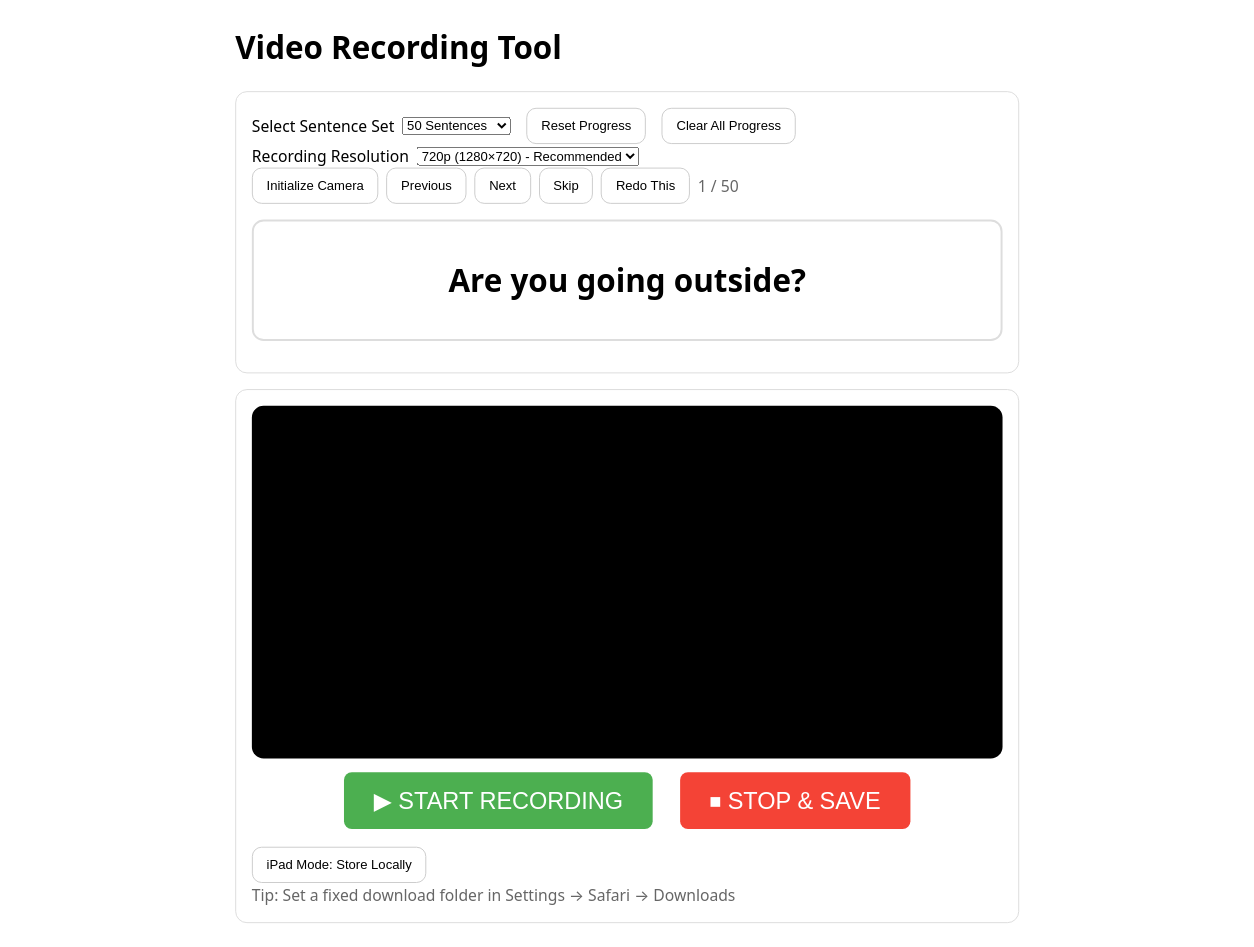
Repository: video2speech/video2speech.github.io
Page: index.html
The author's editor kept a copy of each file at every save. The page is drawn from the files as they stood at one save, then again after the next save.
The browser window is 1280 px wide. The pictures show the whole page, at 98% of full size.

Above is the page before, as saved 2025-09-04 06:16:28.

### index.html
<!doctype html>
<html>
<meta charset="utf-8" />
<title>Video Recording Tool</title>
<style>
  body{font-family:system-ui,-apple-system,Segoe UI,Roboto,Helvetica,Arial,sans-serif;max-width:800px;margin:24px auto;padding:0 16px;line-height:1.5}
  .card{border:1px solid #ddd;border-radius:12px;padding:16px;margin:16px 0}
  .row{display:flex;gap:8px;flex-wrap:wrap;align-items:center}
  video{width:100%;max-height:50vh;background:#000;border-radius:12px}
  button{padding:10px 14px;border-radius:10px;border:1px solid #ccc;background:#fff}
  button:active{opacity:.8}
  input,textarea{width:100%;padding:10px;border-radius:10px;border:1px solid #ccc}
  .big{font-size:1.4rem;font-weight:600;margin:8px 0}
  .muted{color:#666}
</style>
<body>
  <h1>Video Recording Tool</h1>

  <div class="card">
    <div class="row">
      <label>Select Sentence Set</label>
      <select id="sentenceSet" onchange="loadSentenceSet()">
        <option value="50_sentences">50 Sentences</option>
        <option value="150_sentences">150 Sentences</option>
      </select>
      <button id="resetProgress" onclick="resetProgress()" style="margin-left: 8px;">Reset Progress</button>
      <button id="clearProgress" onclick="clearAllProgress()" style="margin-left: 8px;">Clear All Progress</button>
    </div>
    <div class="row">
      <label>Recording Resolution</label>
      <select id="resolution">
        <option value="720p">720p (1280×720) - Recommended</option>
        <option value="1080p">1080p (1920×1080) - High Quality</option>
        <option value="480p">480p (854×480) - Standard</option>
        <option value="360p">360p (640×360) - Low Quality</option>
        <option value="auto">Auto - Camera Default</option>
      </select>
    </div>
    <div class="row">
      <button id="init">Initialize Camera</button>
      <button id="prev">Previous</button>
      <button id="next">Next</button>
      <button id="skip">Skip</button>
      <button id="redo">Redo This</button>
      <span class="muted" id="idxInfo"></span>
    </div>
    <div class="big" id="currentText" style="font-size: 2rem; font-weight: bold; text-align: center; padding: 20px; border: 2px solid #ddd; border-radius: 12px; margin: 16px 0; min-height: 80px; display: flex; align-items: center; justify-content: center;">Waiting for initialization...</div>
  </div>

  <div class="card">
    <video id="preview" playsinline autoplay muted></video>
    <div class="row" style="margin-top:8px; justify-content: center;">
      <button id="start" style="font-size: 1.5rem; padding: 15px 30px; background: #4CAF50; color: white; border: none; border-radius: 8px; cursor: pointer; margin: 0 10px;">▶ START RECORDING</button>
      <button id="stop" style="font-size: 1.5rem; padding: 15px 30px; background: #f44336; color: white; border: none; border-radius: 8px; cursor: pointer; margin: 0 10px;">⏹ STOP & SAVE</button>
    </div>
    <div class="row" style="justify-content: center; margin-top: 10px;">
      <div id="recordingStatus" style="font-size: 1.2rem; font-weight: bold; color: #f44336; display: none;">🔴 RECORDING IN PROGRESS</div>
    </div>
    <div class="row" style="margin-top:8px">
      <button id="downloadMode" onclick="toggleDownloadMode()">iPad Mode: Store Locally</button>
    </div>
    <div class="row">
      <button id="viewStored" style="display:none">View Stored Videos (0)</button>
      <button id="downloadAll" style="display:none">Download All</button>
      <button id="clearAll" style="display:none">Clear Storage</button>
      <span class="muted" id="resolutionInfo"></span>
      <span class="muted" id="storageInfo"></span>
    </div>
    <div class="row">
      <span class="muted" id="downloadTip">Tip: Set a fixed download folder in Settings → Safari → Downloads</span>
    </div>
  </div>

<script>
const el = id => document.getElementById(id);
let stream, mediaRecorder, chunks = [];
let sentences = [];
let idx = 0;
let recording = false;
let storageMode = true; // Default to iPad mode (store locally)
let isRedo = false; // flag for redo mode
let db;

// Initialize IndexedDB
async function initDB() {
  return new Promise((resolve, reject) => {
    const request = indexedDB.open('VideoRecorderDB', 2);

    request.onerror = () => reject(request.error);
    request.onsuccess = () => {
      db = request.result;
      resolve(db);
    };

    request.onupgradeneeded = (event) => {
      const db = event.target.result;

      // Video storage table
      if (!db.objectStoreNames.contains('videos')) {
        const store = db.createObjectStore('videos', { keyPath: 'id', autoIncrement: true });
        store.createIndex('timestamp', 'timestamp', { unique: false });
        store.createIndex('sentence', 'sentence', { unique: false });
        store.createIndex('sentenceSet', 'sentenceSet', { unique: false });
        store.createIndex('sentenceIndex', 'sentenceIndex', { unique: false });
      }

      // Progress tracking table
      if (!db.objectStoreNames.contains('progress')) {
        const progressStore = db.createObjectStore('progress', { keyPath: 'sentenceSet' });
      }
    };
  });
}

// Store video to IndexedDB
async function storeVideo(blob, fileName, sentence, sentenceSet, sentenceIndex) {
  return new Promise((resolve, reject) => {
    const transaction = db.transaction(['videos'], 'readwrite');
    const store = transaction.objectStore('videos');

    const videoData = {
      fileName: fileName,
      blob: blob,
      sentence: sentence,
      sentenceSet: sentenceSet || 'custom',
      sentenceIndex: sentenceIndex || idx,
      timestamp: new Date().toISOString(),
      size: blob.size
    };

    const request = store.add(videoData);
    request.onsuccess = () => resolve(request.result);
    request.onerror = () => reject(request.error);
  });
}

// Save progress
async function saveProgress(sentenceSet, currentIndex) {
  return new Promise((resolve, reject) => {
    const transaction = db.transaction(['progress'], 'readwrite');
    const store = transaction.objectStore('progress');

    const progressData = {
      sentenceSet: sentenceSet,
      currentIndex: currentIndex,
      timestamp: new Date().toISOString()
    };

    const request = store.put(progressData);
    request.onsuccess = () => resolve();
    request.onerror = () => reject(request.error);
  });
}

// Get progress
async function getProgress(sentenceSet) {
  return new Promise((resolve, reject) => {
    const transaction = db.transaction(['progress'], 'readonly');
    const store = transaction.objectStore('progress');
    const request = store.get(sentenceSet);

    request.onsuccess = () => resolve(request.result);
    request.onerror = () => reject(request.error);
  });
}

// Delete progress
async function deleteProgress(sentenceSet) {
  return new Promise((resolve, reject) => {
    const transaction = db.transaction(['progress'], 'readwrite');
    const store = transaction.objectStore('progress');
    const request = store.delete(sentenceSet);

    request.onsuccess = () => resolve();
    request.onerror = () => reject(request.error);
  });
}

// Get all stored videos
async function getAllStoredVideos() {
  return new Promise((resolve, reject) => {
    const transaction = db.transaction(['videos'], 'readonly');
    const store = transaction.objectStore('videos');
    const request = store.getAll();

    request.onsuccess = () => resolve(request.result);
    request.onerror = () => reject(request.error);
  });
}

// Delete stored video
async function deleteStoredVideo(id) {
  return new Promise((resolve, reject) => {
    const transaction = db.transaction(['videos'], 'readwrite');
    const store = transaction.objectStore('videos');
    const request = store.delete(id);

    request.onsuccess = () => resolve();
    request.onerror = () => reject(request.error);
  });
}

// Clear all stored videos
async function clearAllStoredVideos() {
  return new Promise((resolve, reject) => {
    const transaction = db.transaction(['videos'], 'readwrite');
    const store = transaction.objectStore('videos');
    const request = store.clear();

    request.onsuccess = () => resolve();
    request.onerror = () => reject(request.error);
  });
}

// Sentence sets data
const sentenceSets = {
  '50_sentences': null,
  '150_sentences': null
};

let currentSentenceSet = '50_sentences';

// Load sentence set file
async function loadSentenceFile(filename) {
  try {
    const response = await fetch(`materials/${filename}`);
    if (!response.ok) throw new Error(`HTTP ${response.status}`);
    const text = await response.text();
    return text.split('\n').map(s => s.trim()).filter(Boolean);
  } catch (error) {
    console.error(`Failed to load sentence file (${filename}):`, error);
    return null;
  }
}

// Load sentence set
async function loadSentenceSet() {
  const selected = el('sentenceSet').value;
  currentSentenceSet = selected;

  let filename;
  if (selected === '50_sentences') {
    filename = '50_sentences_list.txt';
  } else if (selected === '150_sentences') {
    filename = '150_sentences_list.txt';
  }

  // Load sentences from cache or file
  if (!sentenceSets[selected]) {
    sentenceSets[selected] = await loadSentenceFile(filename);
  }

  if (sentenceSets[selected]) {
    sentences = sentenceSets[selected];

    // Restore progress
    try {
      const progress = await getProgress(selected);
      if (progress && progress.currentIndex < sentences.length) {
        idx = progress.currentIndex;
        console.log(`Progress restored: sentence ${idx + 1}`);
      } else {
        idx = 0;
      }
    } catch (error) {
      console.error('Failed to restore progress:', error);
      idx = 0;
    }

    updateSentenceView();
  } else {
    sentences = [];
    idx = 0;
    updateSentenceView();
  }
}

// Reset progress
async function resetProgress() {
  if (!confirm('Are you sure you want to reset the recording progress for the current sentence set?')) return;

  try {
    await deleteProgress(currentSentenceSet);
    idx = 0;
    updateSentenceView();
    alert('Progress has been reset');
  } catch (error) {
    console.error('Failed to reset progress:', error);
    alert('Failed to reset progress: ' + error.message);
  }
}

// Clear all progress
async function clearAllProgress() {
  if (!confirm('Are you sure you want to clear all recording progress? This action cannot be undone!')) return;

  try {
    const transaction = db.transaction(['progress'], 'readwrite');
    const store = transaction.objectStore('progress');
    await new Promise((resolve, reject) => {
      const request = store.clear();
      request.onsuccess = () => resolve();
      request.onerror = () => reject(request.error);
    });

    // Reset current progress
    idx = 0;
    updateSentenceView();
    alert('All progress has been cleared');
  } catch (error) {
    console.error('Failed to clear progress:', error);
    alert('Failed to clear progress: ' + error.message);
  }
}

// Initialize database
initDB().then(() => {
  console.log('IndexedDB initialized successfully');
  updateStorageInfo();
  // Try to restore sentence set selection on page load
  loadSentenceSet();
}).catch(err => {
  console.error('IndexedDB initialization failed:', err);
});

function updateSentenceView(){
  const total = sentences.length;
  const text = total ? sentences[idx] : '';
  el('currentText').textContent = text || 'No sentences available';
  el('idxInfo').textContent = total ? `${idx+1} / ${total}` : '';
}

el('init').onclick = async () => {
  try {
    // Get user selected resolution
    const resolution = el('resolution').value;
    let videoConstraints = { facingMode: 'user' };

    // Set resolution based on selection
    if (resolution !== 'auto') {
      const resolutions = {
        '360p': { width: 640, height: 360 },
        '480p': { width: 854, height: 480 },
        '720p': { width: 1280, height: 720 },
        '1080p': { width: 1920, height: 1080 }
      };

      if (resolutions[resolution]) {
        videoConstraints = {
          ...videoConstraints,
          width: { ideal: resolutions[resolution].width },
          height: { ideal: resolutions[resolution].height }
        };
      }
    }

    // Front camera; change 'user' to 'environment' for rear camera
    stream = await navigator.mediaDevices.getUserMedia({
      video: videoConstraints,
      audio: true
    });

    el('preview').srcObject = stream;
    // Sentences already loaded through loadSentenceSet(), no need to read from textbox
    updateSentenceView();

    // Display actual resolution obtained
    const videoTrack = stream.getVideoTracks()[0];
    const settings = videoTrack.getSettings();
    const actualRes = `${settings.width}×${settings.height}`;
    el('resolutionInfo').textContent = `Actual Resolution: ${actualRes}`;

    alert('Camera ready! You can start recording now.');
  } catch (e) {
    alert('Unable to access camera/microphone: ' + e);
  }
};

el('next').onclick = async () => {
  if (sentences.length){
    idx = Math.min(idx+1, sentences.length-1);
    isRedo = false; // Reset redo flag
    updateSentenceView();
    // Save progress
    try {
      await saveProgress(currentSentenceSet, idx);
    } catch (error) {
      console.error('Failed to save progress:', error);
    }
  }
};

el('prev').onclick = async () => {
  if (sentences.length){
    idx = Math.max(idx-1, 0);
    isRedo = false; // Reset redo flag
    updateSentenceView();
    // Save progress
    try {
      await saveProgress(currentSentenceSet, idx);
    } catch (error) {
      console.error('Failed to save progress:', error);
    }
  }
};

// Skip current sentence
el('skip').onclick = async () => {
  if (sentences.length && idx < sentences.length - 1) {
    idx++;
    isRedo = false; // Reset redo flag
    updateSentenceView();
    // Save progress
    try {
      await saveProgress(currentSentenceSet, idx);
      console.log(`Skipped to sentence ${idx + 1}`);
    } catch (error) {
      console.error('Failed to save progress:', error);
    }
  } else if (idx >= sentences.length - 1) {
    alert('This is the last sentence!');
  }
};

// Redo current sentence (just stay on current sentence)
el('redo').onclick = () => {
  console.log(`Redo sentence ${idx + 1}: ${sentences[idx]}`);
  isRedo = true; // Set redo flag
  // Just refresh the current sentence display
  updateSentenceView();
};

// Listen for resolution changes
el('resolution').onchange = () => {
  if (stream) {
    el('resolutionInfo').textContent = 'Resolution changed, please reinitialize camera';
  }
};

// Toggle download mode
function toggleDownloadMode() {
  storageMode = !storageMode;
  const button = el('downloadMode');
  if (storageMode) {
    button.textContent = 'iPad Mode: Store Locally ✓';
    button.style.backgroundColor = '#4CAF50';
    button.style.color = 'white';
    el('viewStored').style.display = 'inline-block';
    el('downloadAll').style.display = 'inline-block';
    el('clearAll').style.display = 'inline-block';
    el('downloadTip').textContent = 'iPad Mode: Videos will be stored locally, download later in batch';
  } else {
    button.textContent = 'iPad Mode: Store Locally';
    button.style.backgroundColor = '';
    button.style.color = '';
    el('viewStored').style.display = 'none';
    el('downloadAll').style.display = 'none';
    el('clearAll').style.display = 'none';
    el('downloadTip').textContent = 'Tip: Set a fixed download folder in Settings → Safari → Downloads';
  }
  updateStorageInfo();
}

// Update storage info
async function updateStorageInfo() {
  if (!db) {
    console.log('Database not initialized yet');
    return;
  }

  try {
    const videos = await getAllStoredVideos();
    const count = videos.length;
    const totalSize = videos.reduce((sum, video) => sum + video.size, 0);
    const sizeInMB = (totalSize / (1024 * 1024)).toFixed(1);

    el('viewStored').textContent = `View Stored Videos (${count})`;
    el('storageInfo').textContent = count > 0 ? `Stored ${count} videos, ~${sizeInMB} MB` : '';

    console.log(`Storage info updated: ${count} videos, ${sizeInMB} MB`);
  } catch (error) {
    console.error('Failed to update storage info:', error);
    // Update UI even if error occurs to avoid freezing
    el('viewStored').textContent = `View Stored Videos (0)`;
    el('storageInfo').textContent = '';
  }
}

// View stored videos
el('viewStored').onclick = async () => {
  try {
    const videos = await getAllStoredVideos();
    if (videos.length === 0) {
      alert('No stored videos found');
      return;
    }

    let list = 'Stored Videos List:\n\n';
    videos.forEach((video, index) => {
      const date = new Date(video.timestamp).toLocaleString();
      const sizeMB = (video.size / (1024 * 1024)).toFixed(1);
      list += `${index + 1}. ${video.fileName}\n   Sentence: ${video.sentence}\n   Time: ${date}\n   Size: ${sizeMB} MB\n\n`;
    });

    alert(list);
  } catch (error) {
    alert('Failed to get stored videos: ' + error.message);
  }
};

// Download all stored videos
el('downloadAll').onclick = async () => {
  try {
    const videos = await getAllStoredVideos();
    if (videos.length === 0) {
      alert('No stored videos found');
      return;
    }

    if (!confirm(`Are you sure you want to download all ${videos.length} videos? Videos will be automatically cleared from storage after download.`)) return;

    // Download one by one, 300ms interval
    for (let i = 0; i < videos.length; i++) {
      setTimeout(async () => {
        const video = videos[i];
        const a = document.createElement('a');
        a.download = video.fileName;
        a.href = URL.createObjectURL(video.blob);
        a.click();
        URL.revokeObjectURL(a.href);

        // Delete video after download
        try {
          await deleteStoredVideo(video.id);
          console.log(`Deleted stored video: ${video.fileName}`);
        } catch (error) {
          console.error(`Failed to delete video: ${video.fileName}`, error);
        }

        // Update storage info after last video download
        if (i === videos.length - 1) {
          setTimeout(() => {
            updateStorageInfo();
            el('storageInfo').textContent = `Downloaded ${videos.length} videos and cleared storage`;
          }, 500);
        }
      }, i * 300);
    }

    el('storageInfo').textContent = `Downloading ${videos.length} videos...`;
  } catch (error) {
    alert('Download failed: ' + error.message);
  }
};

// Clear all stored videos
el('clearAll').onclick = async () => {
  try {
    const videos = await getAllStoredVideos();
    if (videos.length === 0) {
      alert('No stored videos found');
      return;
    }

    if (!confirm(`Are you sure you want to clear all ${videos.length} stored videos? This action cannot be undone!`)) return;

    await clearAllStoredVideos();

    // Force reset UI state
    el('viewStored').textContent = `View Stored Videos (0)`;
    el('storageInfo').textContent = '';

    // Call updateStorageInfo again to ensure correct state
    setTimeout(() => {
      updateStorageInfo();
    }, 100);

    alert('All stored videos have been cleared');
  } catch (error) {
    console.error('Clear storage error:', error);
    alert('Failed to clear storage: ' + error.message);
  }
};

el('start').onclick = () => {
  if (!stream) return alert('Please initialize camera first!');
  if (recording) return;
  chunks = [];

  // Use MP4 format by default
  const mp4Options = [
    'video/mp4;codecs=h264,aac',
    'video/mp4;codecs=avc1.42E01E,mp4a.40.2',
    'video/mp4'
  ];
  const mimeType = mp4Options.find(type => MediaRecorder.isTypeSupported(type)) || 'video/webm;codecs=vp9,opus';

  mediaRecorder = new MediaRecorder(stream, { mimeType });
  mediaRecorder.ondataavailable = e => { if (e.data.size > 0) chunks.push(e.data); };
  mediaRecorder.onstop = saveBlob;
  mediaRecorder.start();
  recording = true;

  // Show recording status
  el('recordingStatus').style.display = 'block';
  el('start').style.opacity = '0.5';
  el('stop').style.opacity = '1';
};

el('stop').onclick = () => {
  if (mediaRecorder && recording) {
    mediaRecorder.stop();
    recording = false;

    // Hide recording status
    el('recordingStatus').style.display = 'none';
    el('start').style.opacity = '1';
    el('stop').style.opacity = '0.5';
  }
};

// Add spacebar shortcut support
document.addEventListener('keydown', (event) => {
  // Only trigger when spacebar is pressed and not focused on input elements
  if (event.code === 'Space' && !['INPUT', 'TEXTAREA', 'SELECT'].includes(event.target.tagName)) {
    event.preventDefault(); // Prevent page scrolling

    if (!recording) {
      // Start recording
      el('start').click();
    } else {
      // Stop recording
      el('stop').click();
    }
  }
});

function sanitize(s){
  return s.replace(/[\\/:*?"<>|]/g,'').replace(/\s+/g,' ').trim();
}
function ts(){
  const d = new Date();
  const pad = n => String(n).padStart(2,'0');
  return `${d.getFullYear()}${pad(d.getMonth()+1)}${pad(d.getDate())}_${pad(d.getHours())}${pad(d.getMinutes())}${pad(d.getSeconds())}`;
}
async function saveBlob(){
  // Determine file extension based on actual mimeType used
  const isMP4 = mediaRecorder.mimeType.includes('mp4');
  const fileExt = isMP4 ? 'mp4' : 'webm';
  const blobType = isMP4 ? 'video/mp4' : 'video/webm';

  const blob = new Blob(chunks, { type: blobType });
  const sentence = sentences[idx] ? sanitize(sentences[idx]) : 'unknown_sentence';
  const timestamp = ts();
  const redoSuffix = isRedo ? '_redo' : '';
  const fileName = `${sentence}_${timestamp}${redoSuffix}.mp4`; // Always use mp4 extension

  if (storageMode) {
    // iPad mode: Store to IndexedDB
    try {
      await storeVideo(blob, fileName, sentences[idx] || 'unknown sentence', currentSentenceSet, idx);
      updateStorageInfo();
      el('storageInfo').textContent = `Video stored: ${fileName}`;
      console.log(`Video stored locally: ${fileName}`);
    } catch (error) {
      console.error('Failed to store video:', error);
      alert('Failed to store video: ' + error.message);
      // Fallback to direct download on failure
      directDownload(blob, fileName);
    }
  } else {
    // Normal mode: Direct download
    directDownload(blob, fileName);
  }

  // Reset redo flag after recording completion
  isRedo = false;

  // Auto jump to next sentence after recording completion (if not the last sentence)
  if (idx < sentences.length - 1) {
    idx++;
    updateSentenceView();

    // Save progress
    try {
      await saveProgress(currentSentenceSet, idx);
      console.log(`Auto moved to next sentence: sentence ${idx + 1}`);
    } catch (error) {
      console.error('Failed to save progress:', error);
    }
  } else {
    // All sentences completed
    alert(`Congratulations! You have completed recording all ${sentences.length} sentences!`);
  }

  // Display format information
  console.log(`Recording completed, format: ${fileExt.toUpperCase()}, MIME type: ${mediaRecorder.mimeType}`);
}

function directDownload(blob, fileName) {
  const a = document.createElement('a');
  a.download = fileName;
  a.href = URL.createObjectURL(blob);
  a.click();
  URL.revokeObjectURL(a.href);
}
</script>
</body>
</html>

After the next save:
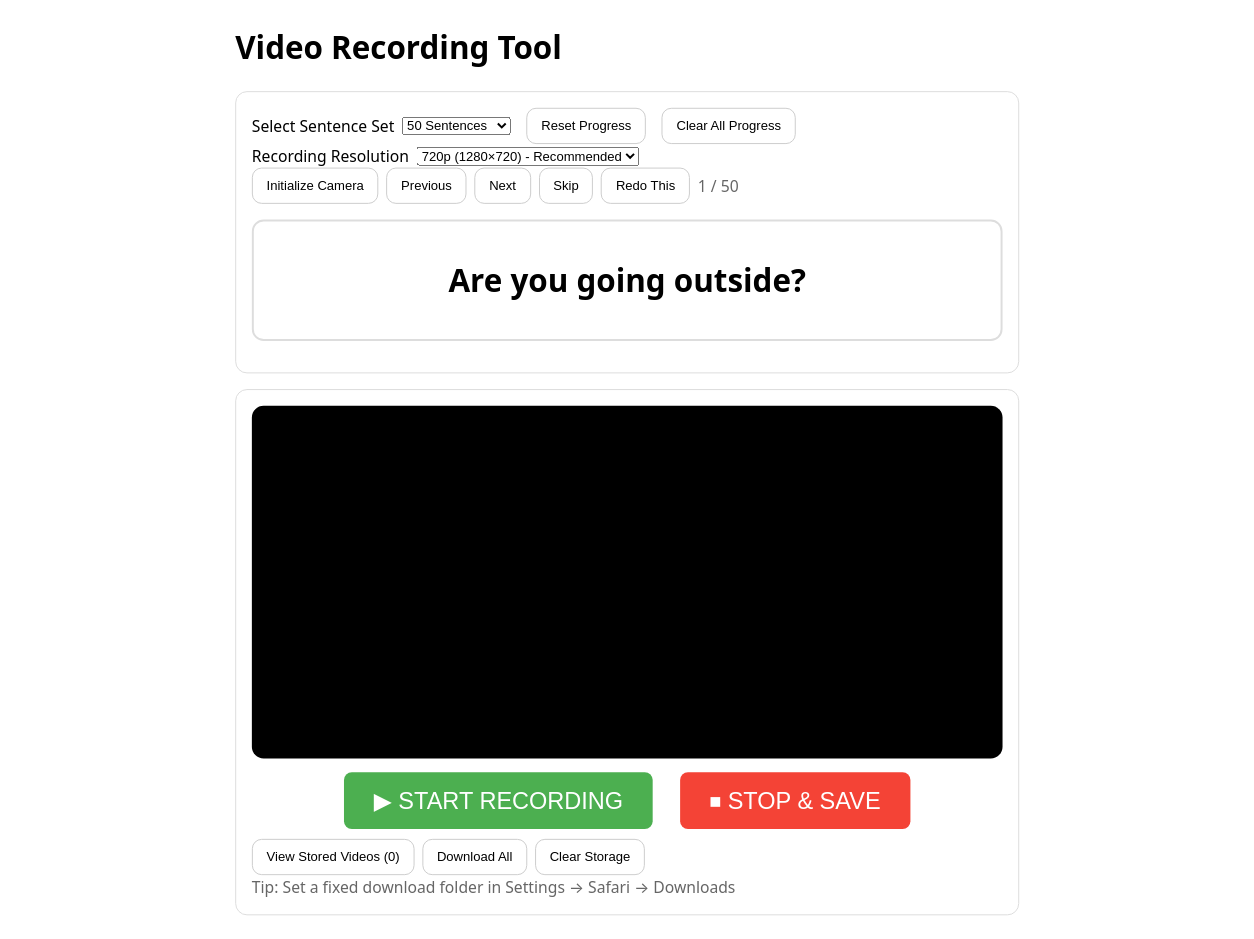
Saved 8 s later.
--- a/index.html
+++ b/index.html
@@ -56,13 +56,10 @@
     <div class="row" style="justify-content: center; margin-top: 10px;">
       <div id="recordingStatus" style="font-size: 1.2rem; font-weight: bold; color: #f44336; display: none;">🔴 RECORDING IN PROGRESS</div>
     </div>
-    <div class="row" style="margin-top:8px">
-      <button id="downloadMode" onclick="toggleDownloadMode()">iPad Mode: Store Locally</button>
-    </div>
     <div class="row">
-      <button id="viewStored" style="display:none">View Stored Videos (0)</button>
-      <button id="downloadAll" style="display:none">Download All</button>
-      <button id="clearAll" style="display:none">Clear Storage</button>
+      <button id="viewStored">View Stored Videos (0)</button>
+      <button id="downloadAll">Download All</button>
+      <button id="clearAll">Clear Storage</button>
       <span class="muted" id="resolutionInfo"></span>
       <span class="muted" id="storageInfo"></span>
     </div>
